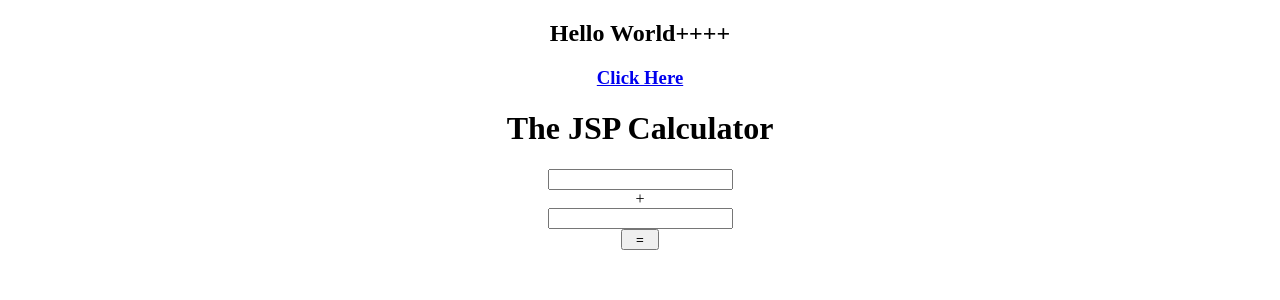
Repository: icecreamfrappe/workspacetest
Page: http://localhost/BubbleBee/
These files come from the project's save history. The page is drawn as it stood at one moment and after the next save; the edit follows.
The browser window is 1280 px wide. The pictures show the whole page.
The page is served by Tomcat 9.

Above is the page before, as saved 2015-06-11 04:32:22.

After the next save:
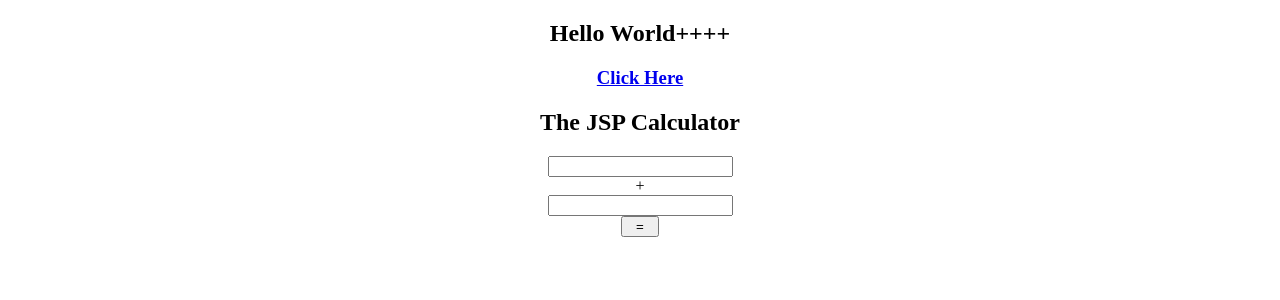
Saved 2 h 19 min later.
--- a/BubbleBee/src/main/webapp/index.jsp
+++ b/BubbleBee/src/main/webapp/index.jsp
@@ -15,7 +15,7 @@
 			<a href="hello?name=BubbleBee">Click Here</a>
 
 
-			<H1>The JSP Calculator</H1>
+			<h2>The JSP Calculator</H1>
                 <INPUT TYPE="TEXT" NAME="op1" VALUE="">
                 <BR>
                 +
@@ -23,7 +23,7 @@
                 <INPUT TYPE="TEXT" NAME="op2" VALUE="">
                 <BR>
                 <INPUT TYPE="SUBMIT" VALUE="&nbsp;&nbsp;=&nbsp;&nbsp;">
-			</H1>
+			</h2>
 		</h3>
 	</center>
 </body>

After the 2 saves that followed:
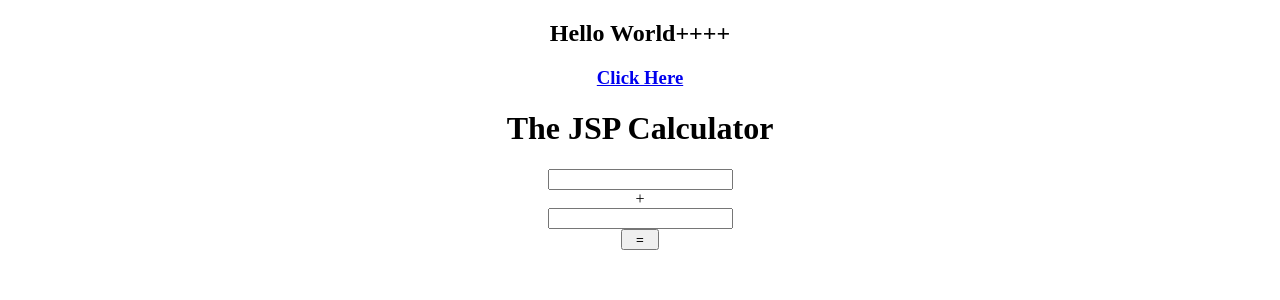
The 2 saves are shown as one change because 1 left the picture as it was.
The last was saved 2 min 29 s later.
--- a/BubbleBee/src/main/webapp/index.jsp
+++ b/BubbleBee/src/main/webapp/index.jsp
@@ -13,9 +13,9 @@
 		<h2>Hello World++++</h2>
 		<h3>
 			<a href="hello?name=BubbleBee">Click Here</a>
+		</h3>
 
-
-			<h2>The JSP Calculator</H1>
+			<h1>The JSP Calculator</h1>
                 <INPUT TYPE="TEXT" NAME="op1" VALUE="">
                 <BR>
                 +
@@ -23,8 +23,8 @@
                 <INPUT TYPE="TEXT" NAME="op2" VALUE="">
                 <BR>
                 <INPUT TYPE="SUBMIT" VALUE="&nbsp;&nbsp;=&nbsp;&nbsp;">
-			</h2>
-		</h3>
+
+
 	</center>
 </body>
 </html>
